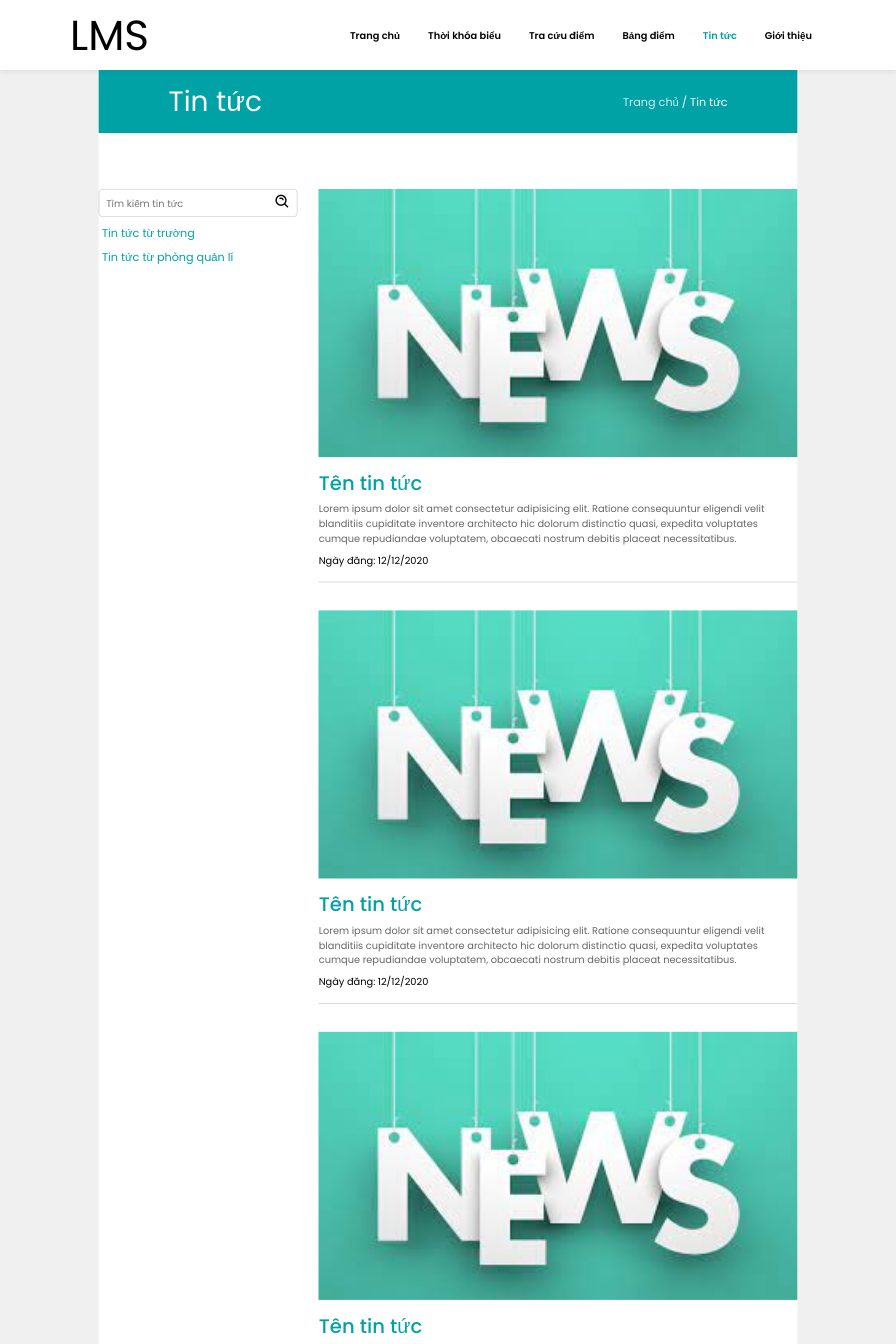
Repository: dungdungptit/LMS
Page: template/news.html
The author's editor kept a copy of each file at every save. The page is drawn from the files as they stood at one save, then again after the next save.
The browser window is 1280 px wide. The pictures show the part of the page from y = 0 to 1920 px (the page is 3905 px tall before and 3638 px after), at 70% of full size.

Above is the page before, as saved 2022-04-29 08:04:04.

### template/news.html
<!DOCTYPE html>
<html lang="en">

  <head>
    <meta charset="UTF-8">
    <meta http-equiv="X-UA-Compatible" content="IE=edge">
    <meta name="viewport" content="width=device-width, initial-scale=1.0">
    <title>Tin tức</title>
    <style>
      @import url('https://fonts.googleapis.com/css2?family=Poppins:ital,wght@0,100;0,200;0,300;0,400;0,500;0,600;0,700;0,800;0,900;1,100;1,200;1,300;1,400;1,500;1,600;1,700;1,800;1,900&display=swap');
    </style>
    <link href='https://unpkg.com/boxicons@2.1.2/css/boxicons.min.css' rel='stylesheet'>

    <link rel="stylesheet" href="css/root.css">
    <link rel="stylesheet" href="css/header.css">
    <link rel="stylesheet" href="css/footer.css">
    <link rel="stylesheet" href="css/news.css">
  </head>

  <body>
    <div class="web-container">
      <header class="header-container">
        <div class="header">
          <div class="header-logo"><a href="index.html">LMS</a></div>
          <nav class="header-nav">
            <ul class="header-nav-list">
              <li class="header-nav-item"><a href="index.html" class="header-nav-link">Trang
                  chủ</a></li>
              <li class="header-nav-item"><a href="time-table.html" class="header-nav-link">Thời
                  khóa biểu</a></li>
              <li class="header-nav-item"><a href="mark-search.html" class="header-nav-link">Tra cứu điểm</a></li>
              <li class="header-nav-item"><a href="mark-statistics.html"
                  class="header-nav-link">Bảng
                  điểm</a></li>
              <li class="header-nav-item"><a href="news.html" class="header-nav-link header-nav-link-active">Tin tức</a></li>
              <li class="header-nav-item"><a href="#about.html" class="header-nav-link">Giới thiệu</a></li>
            </ul>
          </nav>
        </div>
      </header>
      <div id="page">
        <section class="heading">
          <h1>Tin tức</h1>
          <p> <a href="index.html">Trang chủ</a> / Tin tức </p>
        </section>
        <section class="news">
          <div class="col-left">
            <div class="news-search">
              <form action="">
                <input type="text" placeholder="Tìm kiếm tin tức">
                <button type="submit">
                  <i class='bx bx-search-alt'></i>
                </button>
              </form>
            </div>
            <div class="news-categories">
              <a href="#news-from-school">Tin tức từ trường</a>
              <a href="#news-from-manager">Tin tức từ phòng quản lí</a>
            </div>
          </div>
          <div class="col-right">
            <div class="news-body">
              <div class="news-item">
                <div class="news-item-content">
                  <div class="news-item-img">
                    <a href="news-detail.html">
                      <img src="images/news/news.jfif" alt="">
                    </a>
                  </div>
                  <div class="news-item-info">
                    <div class="news-item-title">
                      <a href="news-detail.html">
                        <h2>Tên tin tức</h2>
                      </a>
                    </div>
                    <div class="news-item-description">
                      <p>Lorem ipsum dolor sit amet consectetur adipisicing elit. Ratione consequuntur eligendi velit
                        blanditiis cupiditate inventore architecto hic dolorum distinctio quasi, expedita voluptates
                        cumque repudiandae voluptatem, obcaecati nostrum debitis placeat necessitatibus.</p>
                    </div>
                    <div class="news-item-date">
                      <p>Ngày đăng: 12/12/2020</p>
                    </div>
                  </div>
                </div>
              </div>
              <div class="news-item">
                <div class="news-item-content">
                  <div class="news-item-img">
                    <a href="news-detail.html">
                      <img src="images/news/news.jfif" alt="">
                    </a>
                  </div>
                  <div class="news-item-info">
                    <div class="news-item-title">
                      <a href="news-detail.html">
                        <h2>Tên tin tức</h2>
                      </a>
                    </div>
                    <div class="news-item-description">
                      <p>Lorem ipsum dolor sit amet consectetur adipisicing elit. Ratione consequuntur eligendi velit
                        blanditiis cupiditate inventore architecto hic dolorum distinctio quasi, expedita voluptates
                        cumque repudiandae voluptatem, obcaecati nostrum debitis placeat necessitatibus.</p>
                    </div>
                    <div class="news-item-date">
                      <p>Ngày đăng: 12/12/2020</p>
                    </div>
                  </div>
                </div>
              </div>
              <div class="news-item">
                <div class="news-item-content">
                  <div class="news-item-img">
                    <a href="news-detail.html">
                      <img src="images/news/news.jfif" alt="">
                    </a>
                  </div>
                  <div class="news-item-info">
                    <div class="news-item-title">
                      <a href="news-detail.html">
                        <h2>Tên tin tức</h2>
                      </a>
                    </div>
                    <div class="news-item-description">
                      <p>Lorem ipsum dolor sit amet consectetur adipisicing elit. Ratione consequuntur eligendi velit
                        blanditiis cupiditate inventore architecto hic dolorum distinctio quasi, expedita voluptates
                        cumque repudiandae voluptatem, obcaecati nostrum debitis placeat necessitatibus.</p>
                    </div>
                    <div class="news-item-date">
                      <p>Ngày đăng: 12/12/2020</p>
                    </div>
                  </div>
                </div>
              </div>
              <div class="news-item">
                <div class="news-item-content">
                  <div class="news-item-img">
                    <a href="news-detail.html">
                      <img src="images/news/news.jfif" alt="">
                    </a>
                  </div>
                  <div class="news-item-info">
                    <div class="news-item-title">
                      <a href="news-detail.html">
                        <h2>Tên tin tức</h2>
                      </a>
                    </div>
                    <div class="news-item-description">
                      <p>Lorem ipsum dolor sit amet consectetur adipisicing elit. Ratione consequuntur eligendi velit
                        blanditiis cupiditate inventore architecto hic dolorum distinctio quasi, expedita voluptates
                        cumque repudiandae voluptatem, obcaecati nostrum debitis placeat necessitatibus.</p>
                    </div>
                    <div class="news-item-date">
                      <p>Ngày đăng: 12/12/2020</p>
                    </div>
                  </div>
                </div>
              </div>
              <div class="news-item">
                <div class="news-item-content">
                  <div class="news-item-img">
                    <a href="news-detail.html">
                      <img src="images/news/news.jfif" alt="">
                    </a>
                  </div>
                  <div class="news-item-info">
                    <div class="news-item-title">
                      <a href="news-detail.html">
                        <h2>Tên tin tức</h2>
                      </a>
                    </div>
                    <div class="news-item-description">
                      <p>Lorem ipsum dolor sit amet consectetur adipisicing elit. Ratione consequuntur eligendi velit
                        blanditiis cupiditate inventore architecto hic dolorum distinctio quasi, expedita voluptates
                        cumque repudiandae voluptatem, obcaecati nostrum debitis placeat necessitatibus.</p>
                    </div>
                    <div class="news-item-date">
                      <p>Ngày đăng: 12/12/2020</p>
                    </div>
                  </div>
                </div>
              </div>
            </div>
            <div class="news-more">
              <a href="news.html">Xem thêm <i class='bx bx-chevron-down'></i> </a>
            </div>
          </div>
        </section>
        <footer class="footer-container">
          <div class="bottom">
            <div class="bottom-item">
              <p class="bottom-item-title">LMS</p>
              <div class="bottom-item-content">Lorem ipsum, dolor sit amet consectetur adipisicing elit. Hic error aut
                neque exercitationem rerum facere dolor architecto dolorum, pariatur beatae, sit et similique placeat
                eveniet quidem perspiciatis iusto animi. Reiciendis!</div>
            </div>
            <div class="bottom-item">
              <p class="bottom-item-title">Giới thiệu</p>
              <div class="bottom-item-content">
                <ul class="bottom-about-list">
                  <li class="bottom-about-item">
                    <a href="#">Về nhà trường</a>
                  </li>
                  <li class="bottom-about-item">
                    <a href="#">Đội ngũ giáo viên</a>
                  </li>
                  <li class="bottom-about-item">
                    <a href="#">Đối tác</a>
                  </li>
                  <li class="bottom-about-item">
                    <a href="#">Hệ thống</a>
                  </li>
                </ul>
              </div>
            </div>

            <div class="bottom-item">
              <p class="bottom-item-title">Tuyển sinh</p>
              <div class="bottom-item-content">
                <ul class="bottom-about-list">
                  <li class="bottom-about-item">
                    <a href="#">Tiêu chí</a>
                  </li>
                  <li class="bottom-about-item">
                    <a href="#">Năm 2023</a>
                  </li>
                  <li class="bottom-about-item">
                    <a href="#">Năm 2022</a>
                  </li>
                  <li class="bottom-about-item">
                    <a href="#">Năm 2021</a>
                  </li>
                </ul>
              </div>
            </div>

            <div class="bottom-item">
              <p class="bottom-item-title">Liên hệ</p>
              <div class="bottom-item-content">
                <ul class="bottom-contact-list">
                  <li class="bottom-contact-item">
                    <i class='bx bx-envelope'></i>
                    <a class="bottom-contact-item-link" href="#">
                      <a href="mailto:example@language-school.com">example@language-school.com</a>
                    </a>
                  </li>
                  <li class="bottom-contact-item">
                    <i class='bx bx-mobile-alt'></i>
                    <span>Hotline: 0987654321</span>
                  </li>

                  <li class="bottom-contact-item">
                    <i class='bx bxs-location-plus'></i>
                    <span>xxx Đường XXX, Phường XXX, Quận XXX, Thành Phố XXX</span>
                  </li>

                </ul>
              </div>
            </div>
          </div>
          <div class="footer">
            <p>
              Privacy Policy / This is a management system website - Copyright © 2022 / All Rights Reserved
            </p>
            <div class="contact">
              <ul class="contact-list">
                <li class="contact-list-item">
                  <a href="#linkedIn"><i class='bx bxl-linkedin'></i></a>
                </li>
                <li class="contact-list-item">
                  <a href="#facebook"><i class='bx bxl-facebook'></i></a>
                </li>
                <li class="contact-list-item">
                  <a href="#twitter"><i class='bx bxl-twitter'></i></a>
                </li>
                <li class="contact-list-item">
                  <a href="#skype"><i class='bx bxl-skype'></i></a>
                </li>
              </ul>
            </div>
          </div>
        </footer>
      </div>
    </div>



    <script src="https://unpkg.com/boxicons@2.1.2/dist/boxicons.js"></script>
  </body>

</html>

### template/css/root.css
:root{
  --box-shadow:rgba(99, 99, 99, 0.2) 0px 2px 8px 0px;
}

html,
body,
* {
  margin: 0;
  padding: 0;
  font-family: 'Poppins', sans-serif !important;
  font-size: 16px;
  color: black;
  box-sizing: border-box;
}


a {
  text-decoration: none;
  color: black;
}

.web-container {
  /* position: relative; */
  padding: 0 11%;
  margin: 0 auto;
  background-color: #f0f0f0;
}

ul li {
  list-style: none;
}

.heading {
  display: flex;
  justify-content: space-between;
  align-items: center;
  background-color: #01a2a6;
  color: white;
  height: 90px;
  padding: 0 100px;
}

.heading * {
  color: white;
}

.heading-title {
  text-transform: uppercase;
  font-size: 28px;
}

.heading-link * {
  font-size: 14px;
}

.heading-link a {
  color: #c7c7c7;
}
.heading-link a:hover {
  color: white;
}

### template/css/header.css
:root{
  --box-shadow:rgba(99, 99, 99, 0.2) 0px 2px 8px 0px;
}

.header-container {
  z-index: 1000;
  position: fixed;
  left: 0;
  right: 0;
  top: 0;
  background-color: #f0f0f0;
  padding: 0 11%;
}

.header {
  display: flex;
  justify-content: space-between;
  align-items: center;
  height: 100px;
  background-color: white;
  margin: 0 auto;
  box-shadow: rgba(99, 99, 99, 0.2) 0px 2px 8px 0px;
}

.header-logo {
  display: flex;
  justify-content: center;
  align-items: center;
  user-select: none;
  margin-left: 100px;
}

.header-logo a {
  font-size: 60px;
}

.header-nav ul {
  display: flex;
  justify-content: center;
  align-items: center;
  margin-right: 100px;
}

.header-nav-link {
  font-size: 14px;
  margin: 0 20px;
  font-weight: 600;
  display: flex;
  justify-content: center;
  align-items: center;
}

.header-nav-item:hover .header-nav-link {
  color: #01a2a6;
}

.header-nav-link-active {
  color: #01a2a6;
}

#menu-btn{
  display: none;
  margin-right: 100px;
}

#menu-btn i{
  font-size: 30px;
  color: #000;
  cursor: pointer;
}

#menu-btn i:hover{
  color: #01a2a6;
}
























/* media queries  */


@media only screen and (max-width:1440px) {
  .web-container {
    width: 100%;
    padding: 0;
  }

  .header-container {
    padding: 0;
  }
}


@media (max-width:991px) {

  .home-right-item-content-image,
  .home-right-item-library-video-item-image,
  .home-right-item-library-images img,
  .home-slider,
  .home-row-content-image{
    display: none;
  }

  .home-container-left{
    margin-top: 10px !important;
  }

  #menu-btn{
    display: block;
  }

  .select-semester{
    width: 100% !important;
    justify-content: flex-start !important;
  }

  .select-semester select{
    width: 100% !important;
  }

  .select-semester form{
    width: 50% !important;
  }

  .header-nav{
    display: none;
    position: absolute;
    top: 100%;
    right: 100px;
    width: 240px;
    box-shadow: var(--box-sadow);
    border-radius: 5px;
    background-color: rgba(255, 255, 255, 0.9);
    animation: show-menu .3s ease-in-out;
  }

  @keyframes show-menu {
    0% {
      transform: translateY(-10px);
    }
  }


  .header-nav.active{
    display: block;
  }

  .header-nav ul{
    display: block;
    margin-right: 0;
    padding: 5px 0;
  }

  .header-nav ul li{
    display: block;
    margin: 0;
    padding: 0;
  }

  .header-nav ul li a{
    padding: 10px 0;
    justify-content: start;
  }

}

@media (max-width:768px) {

  .header-nav{
    right: 40px;
  }

  section{
    padding: 20px 40px !important;
  }

  .table{
    padding: 0 40px 100px 40px !important;
  }

  .news{
    flex-direction: column;
    gap: 20px;
  }

  .news .col-left{
    padding-left: 15px;
    width: 100%;
  }

  .news .col-right{
    width: 100%;
  }

  .news .news-search{
    width: 50% !important;
  }

  .news .news-search form{
    width: 100% !important;
  }

  .news .news-search input{
    width: 100% !important;
  }

  .heading{
    padding: 0 40px !important;
  }

  .select-box{
    padding: 60px 40px !important;
  }

  .select-semester{
    width: 100% !important;
  }

  .select-semester select{
    width: 100% !important;
  }

  .select-semester form{
    width: 100% !important;
  }

  .header-logo {
    margin-left: 40px;
  }

  #menu-btn{
    margin-right: 40px;
  }

  .home-row-content-text{
    padding-left: 0 !important;
  }

  .bottom{
    flex-wrap: wrap;
    padding: 50px 20px !important;
  }
  .bottom-item {
    margin-top: 10px !important;
    width: calc(50% - 40px) !important;
  }

  .footer{
    flex-wrap: wrap;
    padding: 12px 20px !important;
    text-align: center;
  }

  .footer p{
    width: 100%;
  }

  .contact{
    width: 100%;
  }

  .contact-list{
    justify-content: center !important;
  }

}

@media (max-width:450px) {

  html {
      font-size: 50%;
  }

  section{
    padding: 20px !important;
  }

  .table{
    padding: 0 20px 100px 20px !important;
  }

  .news .news-search{
    width: 100% !important;
  }

  .news-search form{
    width: 100% !important;
  }

  .news-search input{
    width: 100% !important;
  }

  .heading{
    padding: 0 20px;
    justify-content: center;
  }

  .heading-title{
    text-align: center;
    font-size: 24px !important;
  }

  .heading-link{
    display: none;
  }

  .select-box{
    flex-wrap: wrap;
    gap: 20px;
    padding: 60px 20px !important;
  }

  .select-week{
    width: 100% !important;
  }

  .select-week select{
    width: 100% !important;
  }

  .select-class{
    width: 100% !important;
    flex-direction: column;
    align-items: flex-start !important;
    margin-right: 0 !important;
  }

  .select-class:first-child form{
    margin-top: 0 !important;
  }

  .select-class form{
    width: 100% !important;
  }

  .select-class form select{
    width: 100% !important;
  }

  .select-class form:last-child{
    margin-top: 20px;
    margin-left: 0 !important;
  }

  .header-logo {
    margin-left: 15px;
  }

  #menu-btn{
    margin-right: 15px;
  }

  .header-nav{
    right: 0;
    width: 100%;
    border-radius: 0;
  }

  .bottom {
    padding: 50px 20px !important;
  }

  .bottom-item {
    width: calc(100%) !important;
    margin: 20px 0 !important;
  }

  .footer{
    flex-wrap: wrap;
    padding: 12px 20px !important;
    text-align: center;
  }

  .contact{
    width: 100%;
  }

  .contact-list{
    justify-content: center !important;
  }

  .home{
    flex-wrap: wrap;
  }

  .col-left{
    width: 100% !important;
    padding-right: 0 !important;
  }

  .col-right{
    width: 100% !important;
    padding-left: 0 !important;
  }

}

### template/css/footer.css
.footer-container {
  background-color: #3d3d47;
}

.footer-container * {
  color: #ffffff4d;
  font-size: 13px;
  line-height: 30px;
}

.bottom {
  padding: 50px 100px;
  border-bottom: 1px solid #ccc;
  display: flex;
  justify-content: center;
  align-items: flex-start;
}

.bottom-item {
  width: 25%;
  margin: 0 20px;
}

.bottom-item-title {
  position: relative;
  margin-bottom: 30px;
}

.bottom-item-content {}

.bottom-item:first-of-type .bottom-item-title {
  font-size: 30px;
  font-weight: bold;
  margin-bottom: 40px;
}

.bottom-item:not(:first-of-type) .bottom-item-title::after {
  content: "";
  width: 70%;
  height: 2px;
  position: absolute;
  top: 150%;
  left: -5%;
  background-color: #01a2a6;
}

.bottom-item-title {
  font-size: 20px;
  color: white;
}

.bottom-about-item {
  padding: 10px 0;
  border-bottom: 1px solid #cccccc52;
}

.bottom-about-item:hover * {
  color: white;
}

.bottom-contact-item {
  display: flex;
  justify-content: flex-start;
  align-items: center;
  padding: 10px 0;
}

.bottom-contact-item i {
  font-size: 20px;
  margin-right: 20px;
}

.bottom-contact-item:hover a {
  color: white;
}

.footer {
  padding: 12px 100px;
}

.footer {
  display: flex;
  justify-content: space-between;
  align-items: center;
}

.contact ul {
  display: flex;
  justify-content: center;
  align-items: center;
}

.contact-list-item * {
  margin-right: 4px;
  font-size: 16px;
}

.contact-list-item:hover * {
  color: white;
}

### template/css/news.css
.heading {
    margin-top: 100px;
    display: flex;
    justify-content: space-between;
    align-items: center;
    background-color: #01a2a6;
    /* padding: 10px 100px; */
    color: #fff;
}

/* section {
    padding: 20px 100px;
} */

#page{
    padding: 0 11%;
}

.heading h1 {
    font-size: 40px;
    font-weight: 400;
    color: #fff;
}

.heading p{
    color: #fff;
}

.heading p a{
    color: #ffffffcc;
}

.heading p a:hover{
    color: #fff;
}

.news{
    display: flex;
    justify-content: space-between;
    background-color: #fff;
    padding-top: 70px;
}

.col-left{
    width: 30%;
    padding-right: 15px;
}

.col-right{
    width: 70%;
    padding-left: 15px;
}

.news-search{
    display: flex;
    justify-content: start;
    align-items: center;
}

.news-search form{
    padding: 10px 0;
    position: relative;
}

.news-search form input{
    width: 100%;
    height: 40px;
    border: 1px solid #ccc;
    border-radius: 5px;
    padding: 0 10px;
    font-size: 14px;
}

.news-search form button{
    position: absolute;
    right: 0;
    top: 7px;
    color: #fff;
    background: transparent;
    border: none;
    padding: 10px;
    font-size: 14px;
    cursor: pointer;
}

.news-search form button i{
    font-size: 24px;
    color: #000;
}

.news-categories{
    display: flex;
    flex-direction: column;
    gap: 10px;
}

.news-categories a{
    color: #01a2a6;
    font-size: 16px;
    font-weight: 400;
    padding-left: 5px;
    text-decoration: none;
}

.news-categories a:hover{
    color: #000;
}

.news-body{
    display: flex;
    flex-direction: column;
    gap: 30px;
}

.news-item{
    display: flex;
    justify-content: space-between;
    align-items: center;
    padding: 10px 0;
    border-bottom: 1px solid #ccc;
}

.news-item-content{
    padding-bottom: 10px;
}

.news-item-img{
    width: 100%;
}

.news-item-img img{
    width: 100%;
    height: 100%;
    object-fit: cover;
}

.news-item-info{
    margin-top: 10px;
}

.news-item-title{
    margin-bottom: 5px;
}

.news-item-title a h2{
    font-size: 28px;
    font-weight: 500;
    color: #01a2a6;
}

.news-item-title a:hover h2{
    color: #000;
}

.news-item-description p{
    font-size: 14px;
    color: #666;
    margin-bottom: 10px;
}

.news-item-date p{
    font-size: 14px;
    color: #000;
}

.news-more{
    display: flex;
    justify-content: center;
    align-items: center;
    margin: 30px auto;
    padding: 10px 0;
    border: #ccc 1px solid;
    border-radius: 30px;
    width: 160px;
}

.news-more a{
    color: #01a2a6;
    font-size: 16px;
    font-weight: 400;
    text-decoration: none;
}

.news-more:hover{
    border: #000 1px solid;
}

.news-more:hover a{
    color: #000;
}

After the next save:
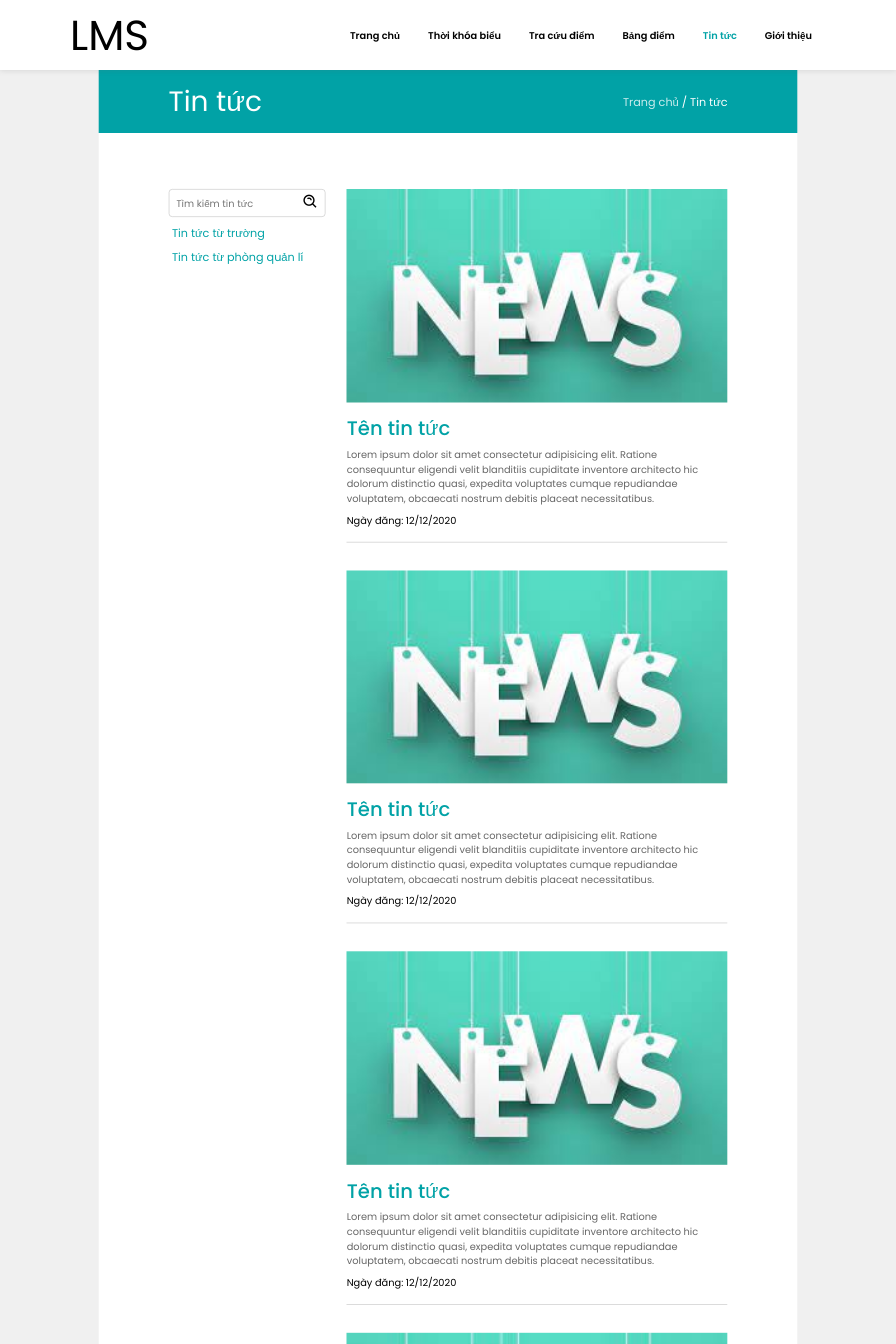
Saved 6 s later.
--- a/template/css/news.css
+++ b/template/css/news.css
@@ -4,13 +4,13 @@
     justify-content: space-between;
     align-items: center;
     background-color: #01a2a6;
-    /* padding: 10px 100px; */
+    padding: 10px 100px;
     color: #fff;
 }
 
-/* section {
+section {
     padding: 20px 100px;
-} */
+}
 
 #page{
     padding: 0 11%;
